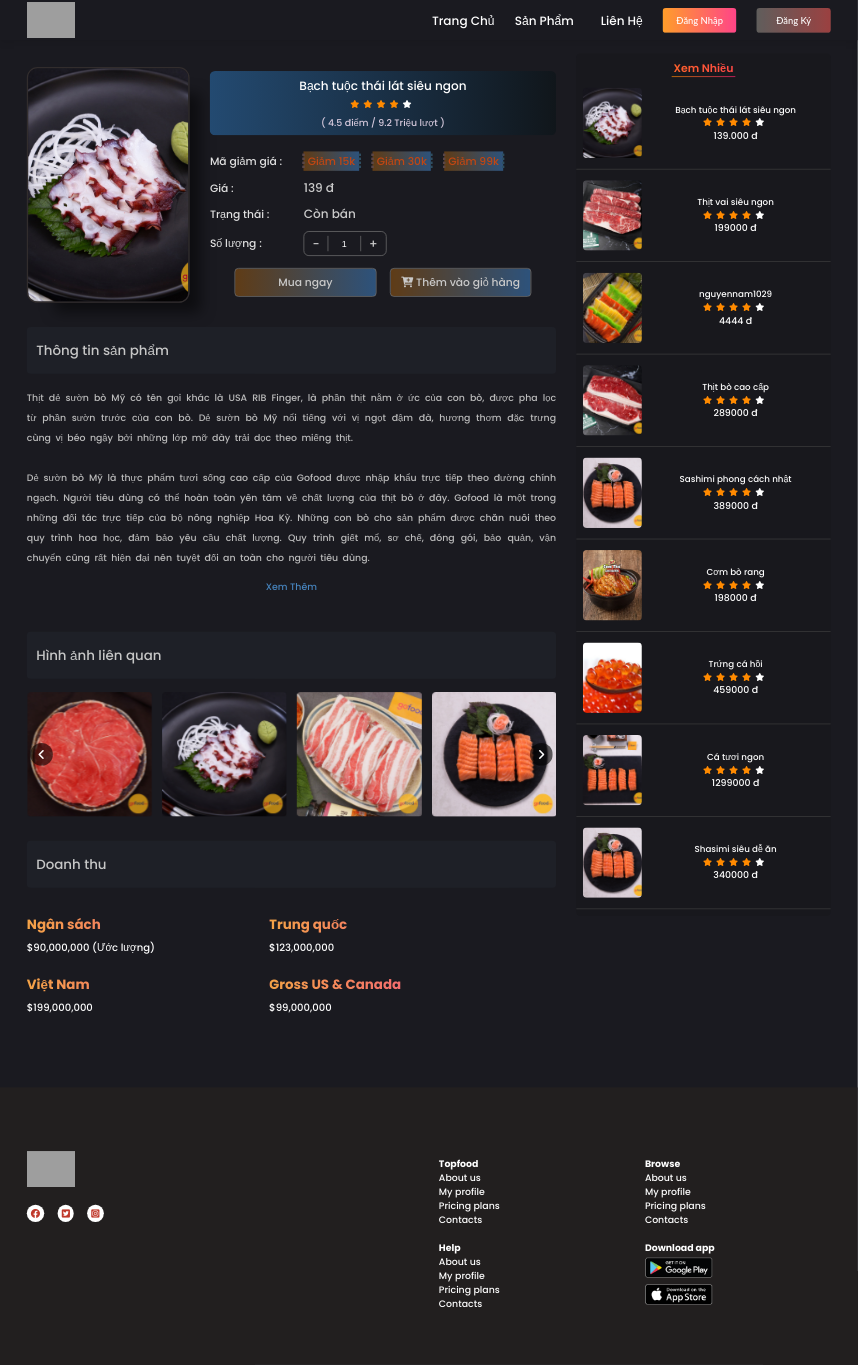
Repository: nguyennam1029/TopFoodNew
Page: http://localhost/product_detail.php?id=1
The author's editor kept a copy of each file at every save. The page is drawn from the files as they stood at one save, then again after the next save.
The browser window is 1280 px wide. The pictures show the whole page, at 67% of full size.
Pictures or frames that could not be fetched are drawn as grey boxes. Some icons come from a web library that is not loaded, so they are not drawn. Some web fonts or font styles are not loaded; a fallback is used. Some web libraries are served in a nearby version. The page is run by PHP 8.4 with error messages shown; the project is at /var/www/html/. The database holds what the project's SQL file puts in it.

Above is the page before, as saved 2022-08-05 13:06:37.
Console error: TypeError: Cannot read properties of null (reading 'addEventListener')

After the next save:
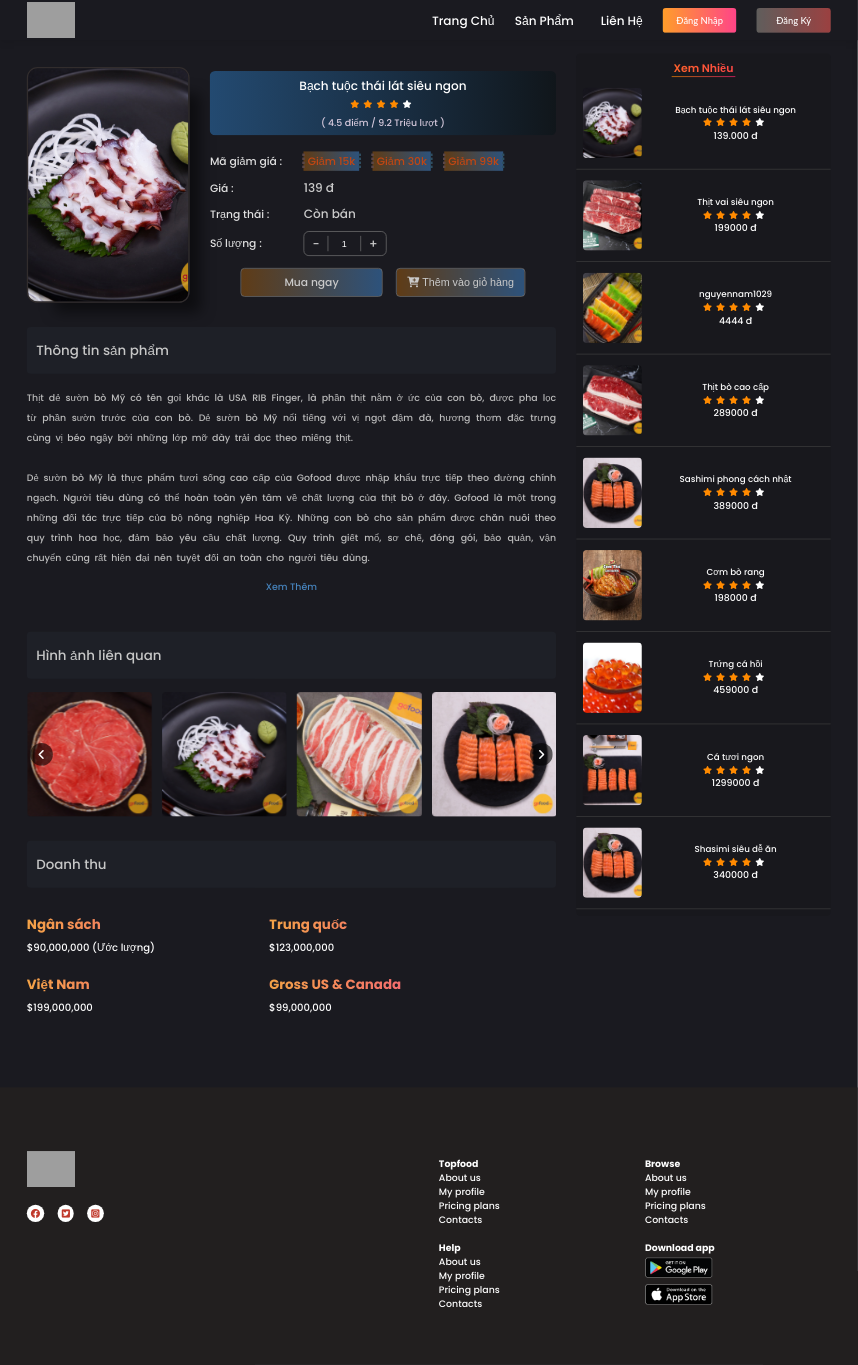
The error is gone.
Saved 2 min 21 s later.
--- a/product_detail.php
+++ b/product_detail.php
@@ -146,7 +146,7 @@ session_start();
                                             <li class="item list-cart">
                                                 <p class="cart-item buy-now">Mua ngay</p>
 
-                                                <?php if (empty($_SESSION['id'])) { ?>
+                                                <?php if (!empty($_SESSION['id'])) { ?>
                                                     <p class="cart-item add-cart ">
                                                         <i class="fa-solid fa-cart-plus add-cart--icon"></i>
                                                         <span class="add-cart--title">Thêm vào giỏ hàng </span>
